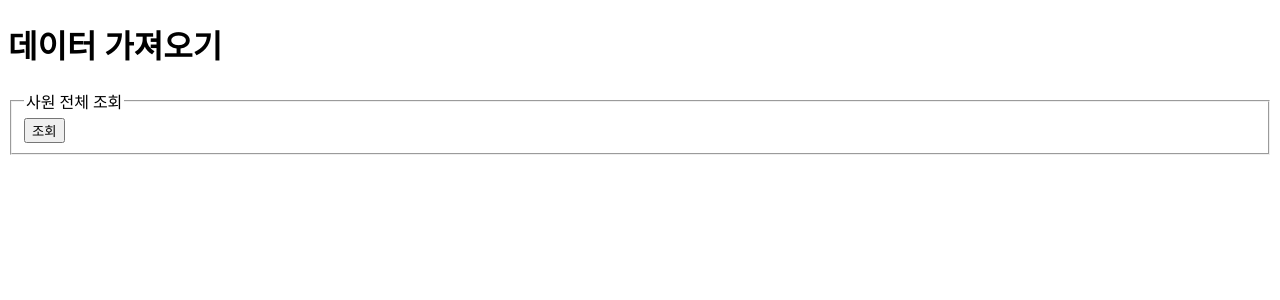
Repository: lafayetteey/WorkSpace
Page: workspace_jq_Ajax/UI_JQ_Ajax/WebContent/jq22_ajax.html
These files come from the project's save history. The page is drawn as it stood at one moment and after the next save; the edit follows.
The browser window is 1280 px wide. The pictures show the whole page.

Above is the page before, as saved 2020-06-22 08:40:41.

After the next save:
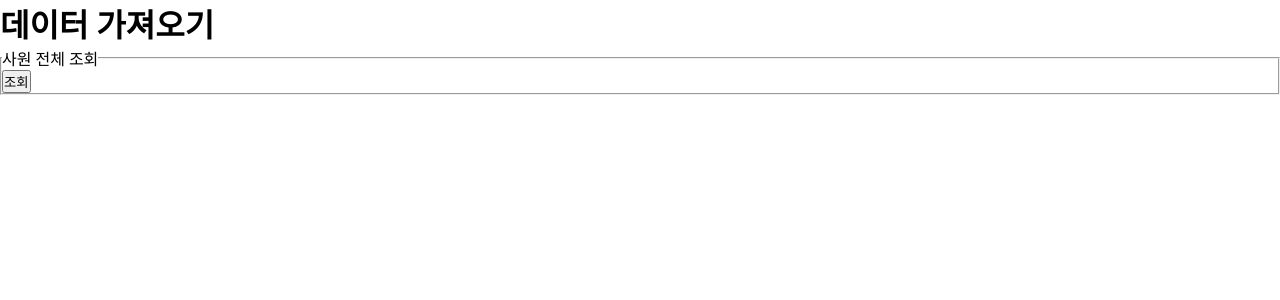
Saved 23 s later.
--- a/workspace_jq_Ajax/UI_JQ_Ajax/WebContent/jq22_ajax.html
+++ b/workspace_jq_Ajax/UI_JQ_Ajax/WebContent/jq22_ajax.html
@@ -4,7 +4,10 @@
 <meta charset="UTF-8">
 <title>Insert title here</title>
 <style type="text/css">
-
+	*{
+		margin: 0px;
+		padding : 0px;
+	}
 
 </style>
 </head>
